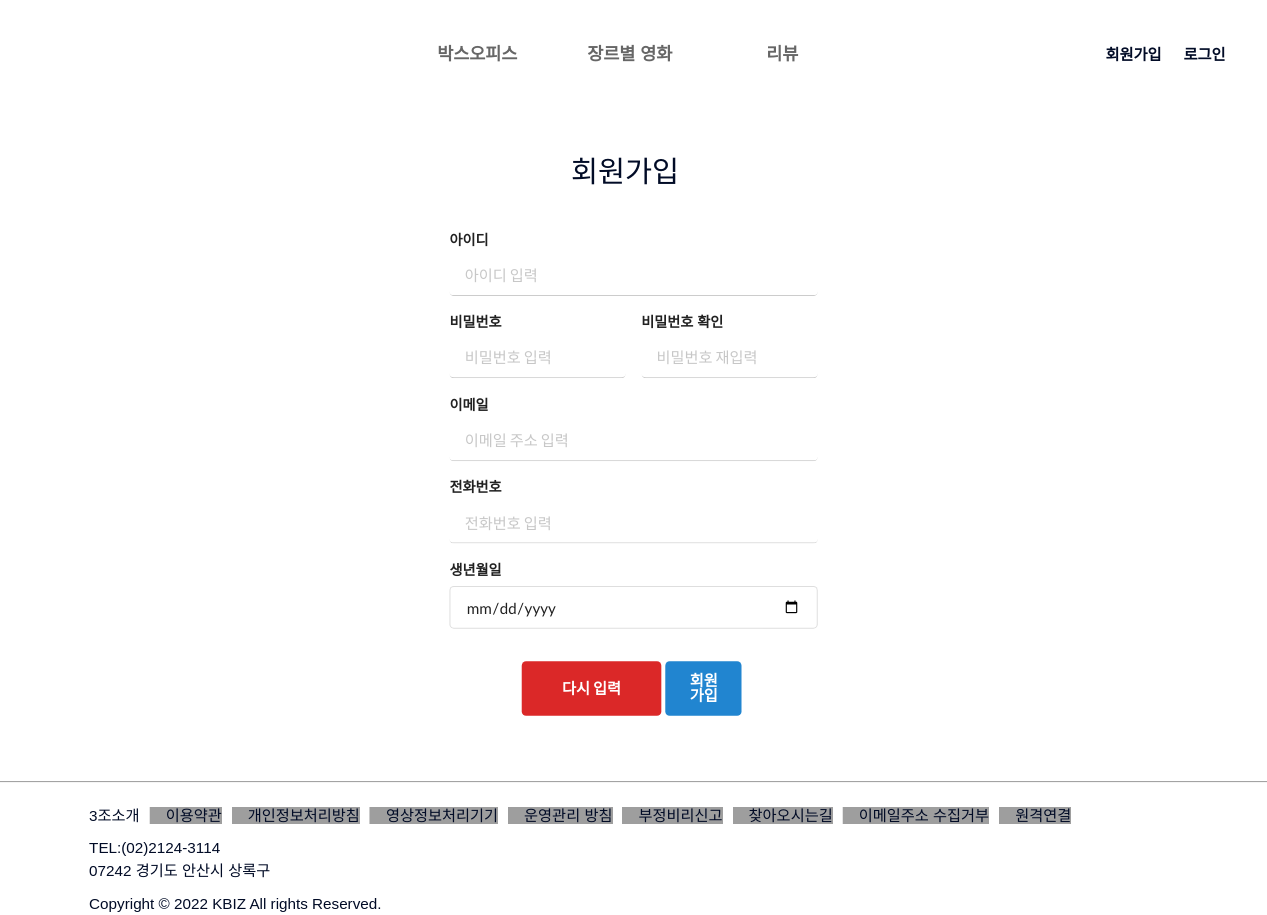
Repository: Minjeong204/project_Movie
Page: http://localhost/Movie/view/register.jsp
An editor plug-in stored every save of this project. The page is shown before and after the next save, followed by the edit.
The browser window is 1280 px wide. The pictures show the whole page, at 99% of full size.
Pictures or frames that could not be fetched are drawn as grey boxes. Some web libraries are served in a nearby version. The page is served by Tomcat 9. Nobody is signed in. The application's start-up code is not run. The template is opened directly, without the code that normally fills it, so the values that code supplies are empty.

Above is the page before, as saved 2022-12-28 18:38:35.

After the next save:
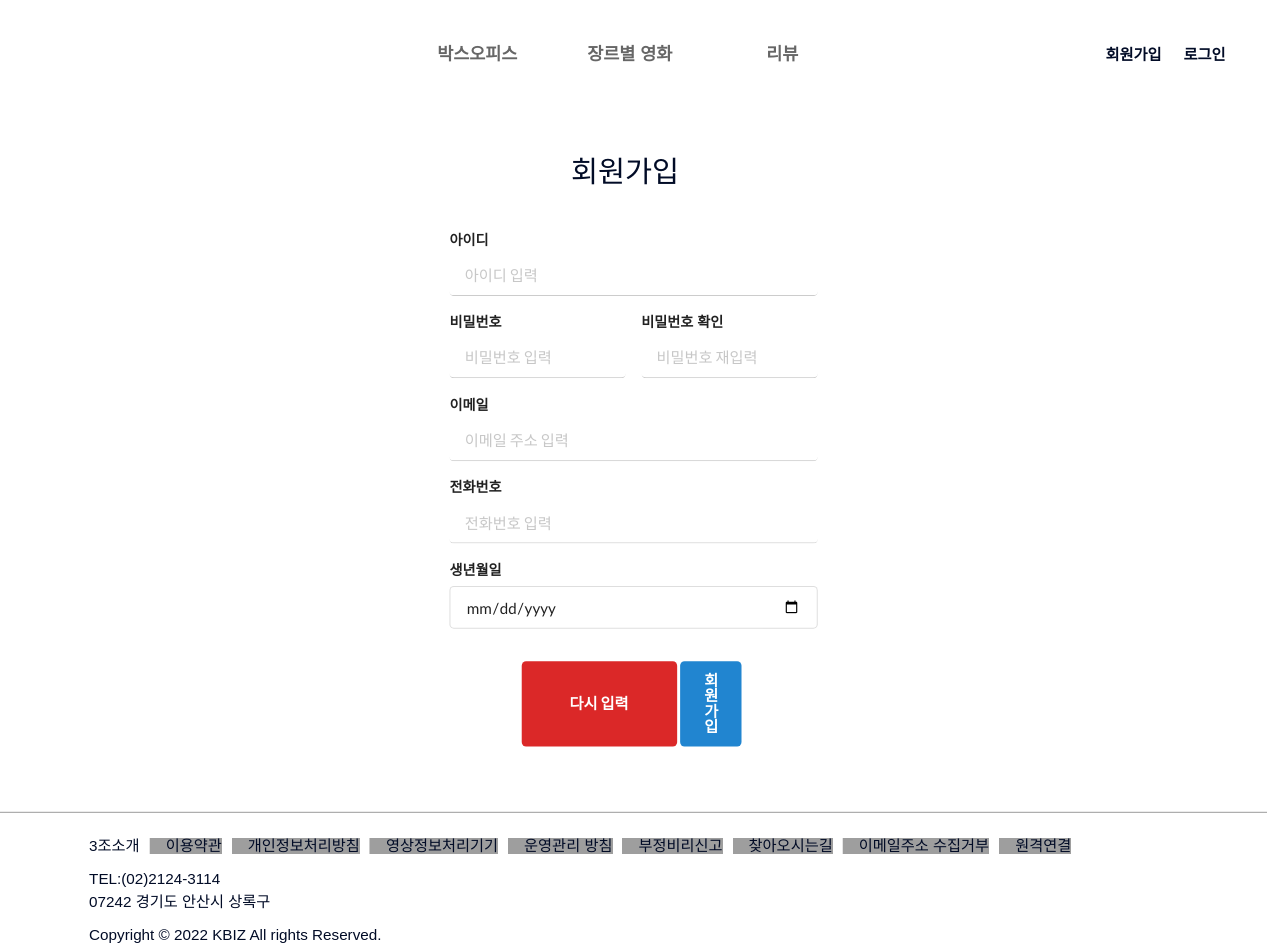
Saved 5 s later.
--- a/JSP-Project/Movie/WebContent/view/register.jsp
+++ b/JSP-Project/Movie/WebContent/view/register.jsp
@@ -52,7 +52,7 @@ if (request.getAttribute("regID") != null) {
 
 		<div class="field" id="reg_btn"
 			style="display: flex; justify-content: flex-end; margin-top: 30px;">
-			<button type="reset" class="joinbtn ui red button right" style="width: 200px;">다시 입력</button>
+			<button type="reset" class="joinbtn ui red button right" style="width: 400px;">다시 입력</button>
 			<button type="button" class="joinbtn ui primary button right"
 				id="registerBtn">회원가입</button>
 			<input type="submit" id="registerSubmit" style="display: none;">
